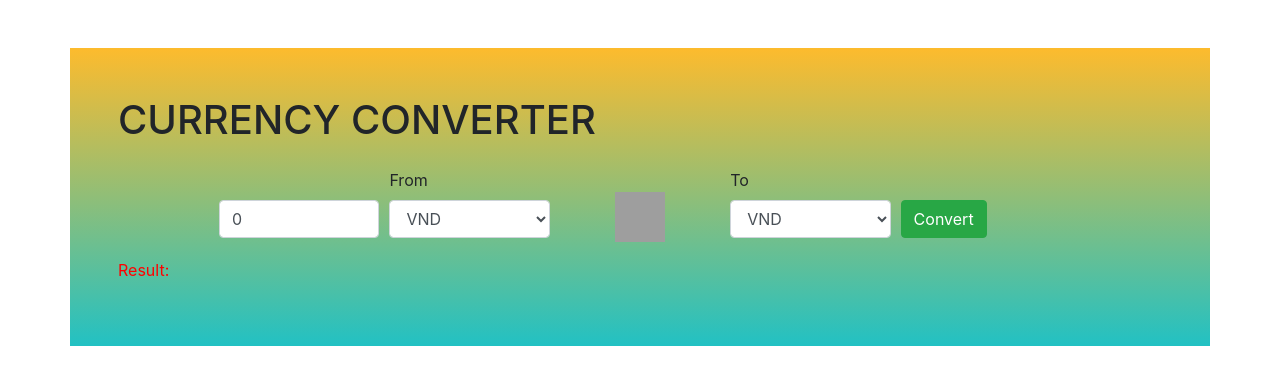
Repository: tts2610/MoneyConverter
Page: index.html
The author's editor kept a copy of each file at every save. The page is drawn from the files as they stood at one save, then again after the next save.
The browser window is 1280 px wide. The pictures show the whole page.
Pictures or frames that could not be fetched are drawn as grey boxes.

Above is the page before, as saved 2020-05-11 21:04:34.

### index.html
<!DOCTYPE html>
<html lang="en">

<head>
    <meta charset="UTF-8">
    <meta name="viewport" content="width=device-width, initial-scale=1.0">
    <title>Document</title>
    <link rel="stylesheet" href="https://maxcdn.bootstrapcdn.com/bootstrap/4.4.1/css/bootstrap.min.css">

    <!-- jQuery library -->
    <script src="https://ajax.googleapis.com/ajax/libs/jquery/3.4.1/jquery.min.js"></script>

    <!-- Popper JS -->
    <script src="https://cdnjs.cloudflare.com/ajax/libs/popper.js/1.16.0/umd/popper.min.js"></script>

    <!-- Latest compiled JavaScript -->
    <script src="https://maxcdn.bootstrapcdn.com/bootstrap/4.4.1/js/bootstrap.min.js"></script>

</head>

<body>

    <form class="container my-5 px-5 py-5" style="
    background: rgb(34,193,195);
    background: linear-gradient(0deg, rgba(34,193,195,1) 0%, rgba(253,187,45,1) 100%);
">
        <h1 class="mx-auto">CURRENCY CONVERTER</h1>
        <div class="form-row justify-content-md-center px-5 mx-5">
            <div class="col mt-5">
                <input type="number" class="form-control" placeholder="Amount" id="amount">
            </div>
            <div class="col mt-3">
                <label>From</label>
                <select class="form-control" id="fromCurrency">
            </select>
            </div>
            <div class="col mt-4 py-3" style="display: flex;justify-content: center; cursor: pointer;" onClick="swap()">
                <img src="https://cdn3.iconfinder.com/data/icons/basic-interface/100/update-512.png" width="50px" height="50px">
            </div>
            <div class="col mt-3">
                <label>To</label>
                <select class="form-control" id="toCurrency">
            </select>

            </div>
            <div class="col mt-5">
                <button type="button" class="btn btn-success" onClick="submitAmount()">Convert</button>
            </div>
        </div>
        <p id="result" style="color: red;">Result:</p>
    </form>
    <script src="js/script.js"></script>
    <script>
    </script>
</body>

</html>

### js/script.js
/*dic = {
    fromCurrency:{
        toCurrency:[currencyRatio,locale,currencySymbol],
        toCurrency:[currencyRatio,locale,currencySymbol],
        toCurrency:[currencyRatio,locale,currencySymbol],
        .....
    },
    fromCurrency:
        .....
}*/
let dic = {
    "vnd": { "usd": [1 / 23206, "en", "USD"], "jpy": [1 / 216.703, "ja-JP", "JPY"], "krw": [1 / 18.9136, "krw", "KRW"], "idr": [1 / 1.55505, "idr", "idr"], "eur": [1 / 25111, "de-DE", "EUR"], "vnd": [1, "vi", "VND"] },
    "usd": { "vnd": [23206, "vi", "VND"], "jpy": [107.297, "ja-JP", "JPY"], "krw": [1223.80, "krw", "KRW"], "idr": [14904, "idr", "idr"], "eur": [1 / 1.08207, "de-DE", "EUR"], "usd": [1, "en", "USD"] },
    "jpy": { "vnd": [216.703, "vi", "VND"], "usd": [1 / 107.297, "en", "USD"], "krw": [11.4099, "krw", "KRW"], "idr": [138.937, "idr", "idr"], "eur": [1 / 116.054, "de-DE", "EUR"], "jpy": [1, "ja-JP", "JPY"] },
    "krw": { "vnd": [18.9136, "vi", "VND"], "usd": [1 / 1224.06, "en", "USD"], "jpy": [1 / 11.4096, "ja-JP", "JPY"], "idr": [12.1833, "idr", "idr"], "eur": [1 / 1323.75, "de-DE", "EUR"], "krw": [1, "krw", "KRW"] },
    "idr": { "vnd": [1.55505, "vi", "VND"], "usd": [1 / 14910, "en", "USD"], "jpy": [1 / 138.985, "ja-JP", "JPY"], "krw": [1 / 12.1818, "krw", "KRW"], "eur": [1 / 16134.84, "de-DE", "EUR"], "idr": [1, "idr", "idr"] },
    "eur": { "vnd": [25081, "vi", "VND"], "usd": [1.08207, "en", "USD"], "jpy": [116.054, "ja-JP", "JPY"], "idr": [16129, "idr", "idr"], "krw": [1323.75, "krw", "KRW"], "eur": [1, "de-DE", "EUR"] },
}
let isValid = false;
let from = null;
let to = null;
let amount = 0;
var fromCurrency = null;
var toCurrency = null;
$(document).ready(function() {
    fromCurrency = document.getElementById("fromCurrency");
    toCurrency = document.getElementById("toCurrency");
    document.getElementById("amount").value = 0;
    let selectList = Object.keys(dic);
    selectList.forEach(element => {
        var option = document.createElement("option");
        option.text = element.toUpperCase();
        fromCurrency.add(option);
    })
    selectList.forEach(element => {
        var option = document.createElement("option");
        option.text = element.toUpperCase();
        toCurrency.add(option);
    })

});

function swap() {
    var x = fromCurrency.value;
    fromCurrency.value = toCurrency.value;
    toCurrency.value = x;
}

function submitAmount() {
    amount = document.getElementById("amount").value;
    from = fromCurrency.value.toLowerCase();
    to = toCurrency.value.toLowerCase();
    document.getElementById("result").innerText = "Result: " + convert(from, to);
    document.getElementById("result").style.color = "red"
}

// conversion
function convert(from, to) {
    let currencyRatio = dic[from][to][0];
    let locale = dic[from][to][1];
    let currency = dic[from][to][2];
    let res = (amount * currencyRatio);
    return new Intl.NumberFormat(locale, { style: 'currency', currency: currency, maximumSignificantDigits: 3 }).format(res);
}

After the next save:
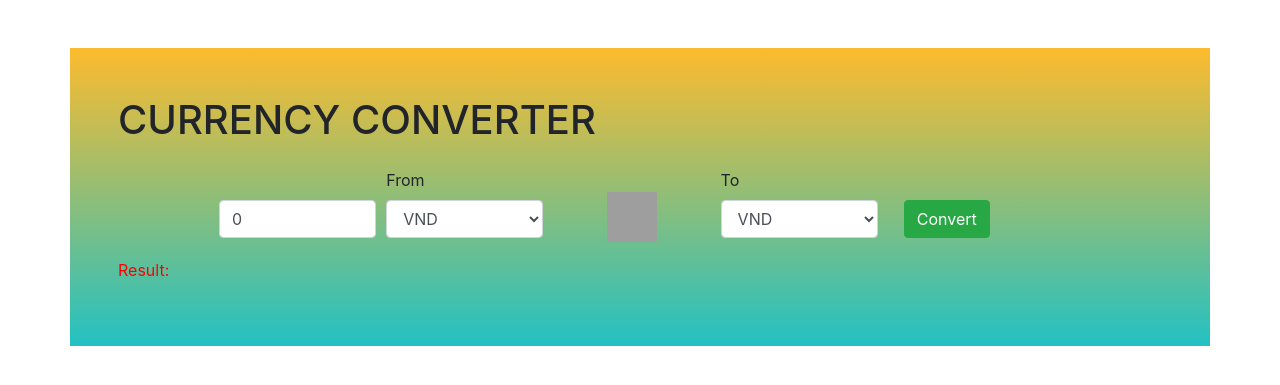
Saved 53 s later.
--- a/index.html
+++ b/index.html
@@ -43,7 +43,7 @@
             </select>
 
             </div>
-            <div class="col mt-5">
+            <div class="col mt-5 ml-3">
                 <button type="button" class="btn btn-success" onClick="submitAmount()">Convert</button>
             </div>
         </div>
